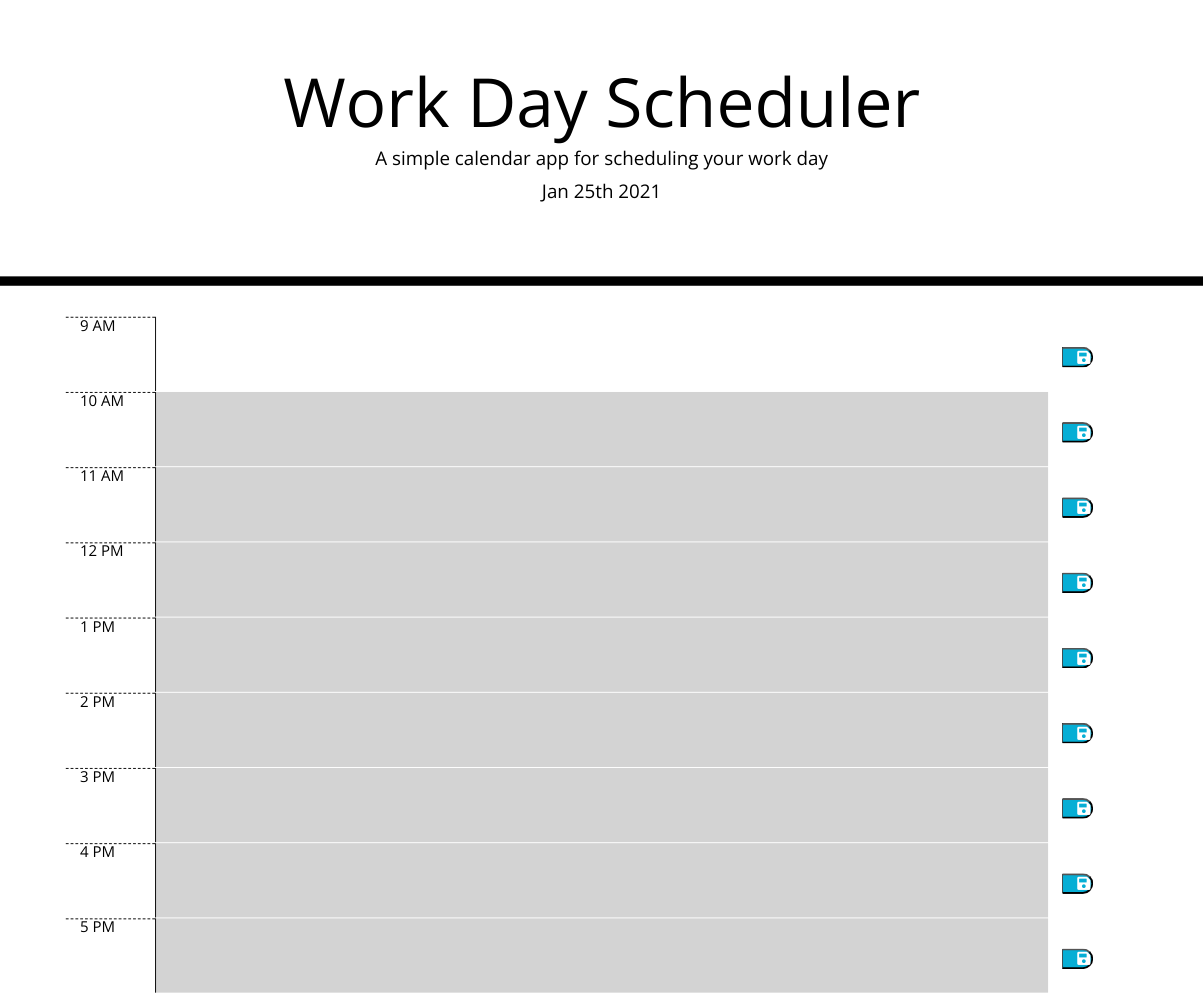
Repository: UPye/workDayScheduler
Page: index.html
The author's editor kept a copy of each file at every save. The page is drawn from the files as they stood at one save, then again after the next save.
The browser window is 1280 px wide. The pictures show the whole page, at 94% of full size.
Some web libraries are served in a nearby version.

Above is the page before, as saved 2021-01-25 21:35:57.

After the next save:
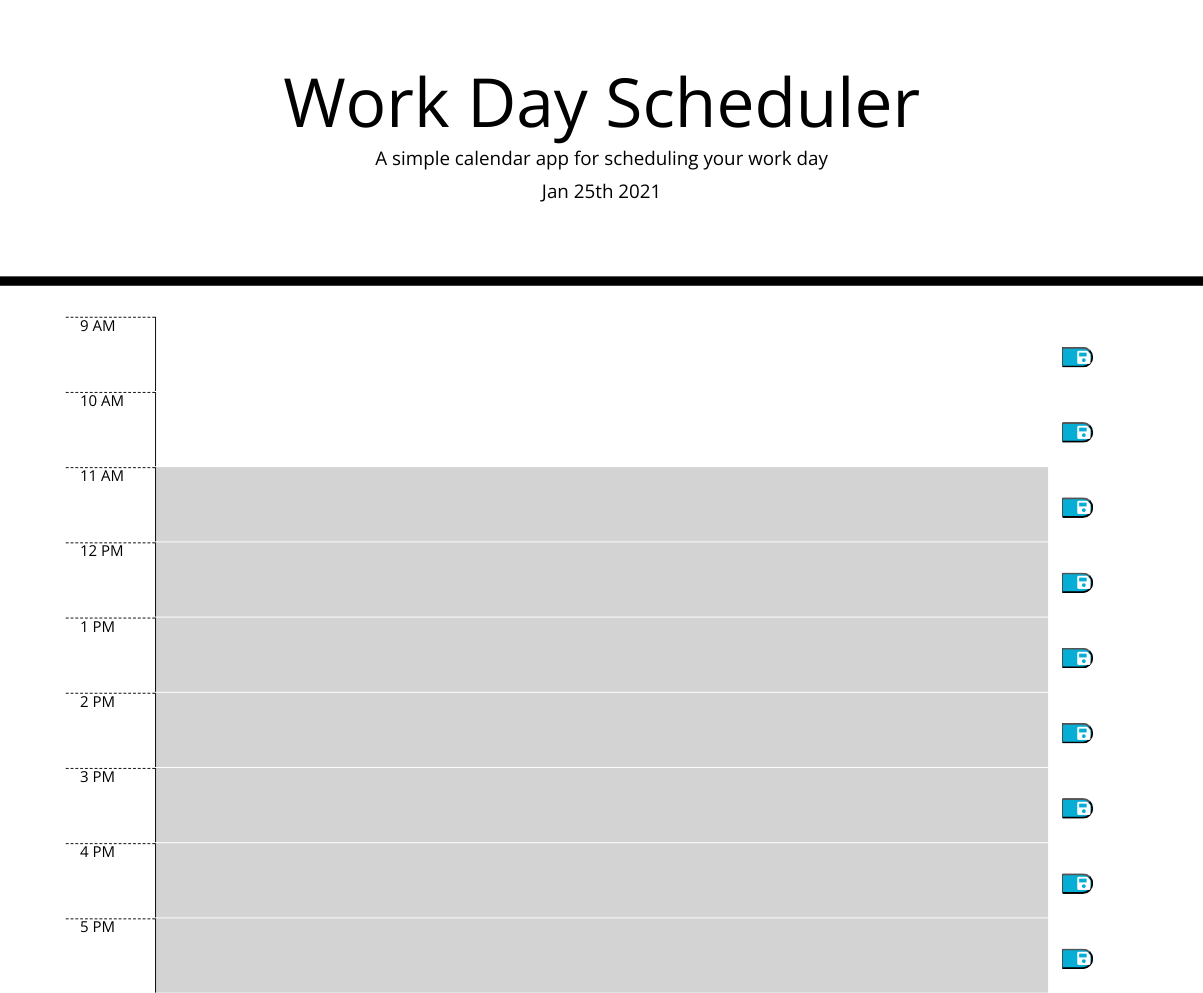
Saved 9 s later.
--- a/index.html
+++ b/index.html
@@ -40,7 +40,7 @@
       </section>
       <section class="row timeblocks">
         <div class="col-1 hour">10 AM</div>
-        <textarea id="10am hour-10" class="col-10 task" placeholder="" autocomplete="off"></textarea>
+        <textarea id="hour-10" class="col-10 task" placeholder="" autocomplete="off"></textarea>
         <div class="col-1 save">
           <button type="button" id="save-10" data-id="10" class="saveBtn col-1"><i class="fas fa-save"></i></button>
         </div>
